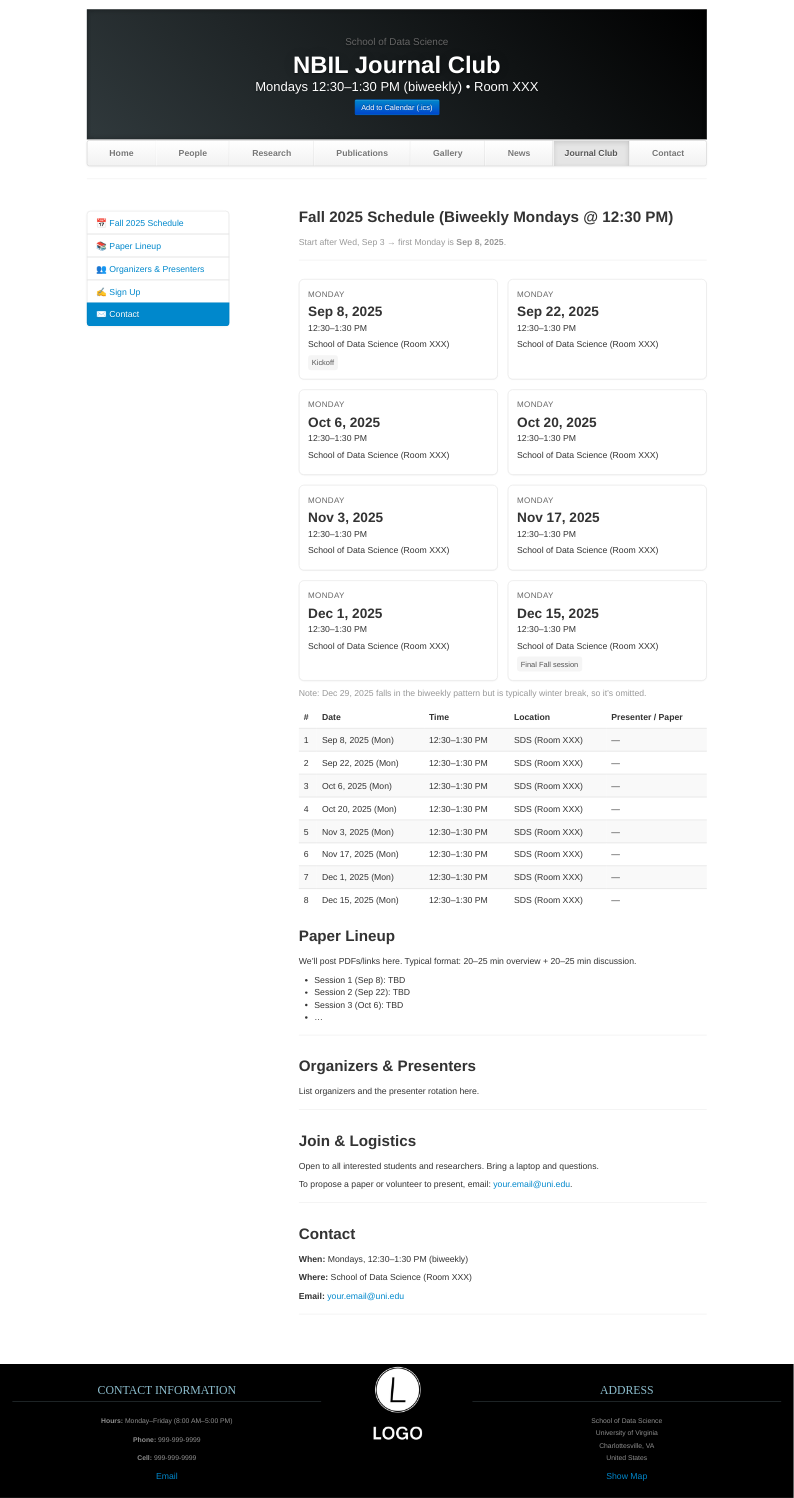
Repository: nbillab/nbillab.io
Page: journalclub.html
The author's editor kept a copy of each file at every save. The page is drawn from the files as they stood at one save, then again after the next save.
The browser window is 1280 px wide. The pictures show the whole page, at 62% of full size.

Above is the page before, as saved 2025-09-01 12:24:08.

After the next save:
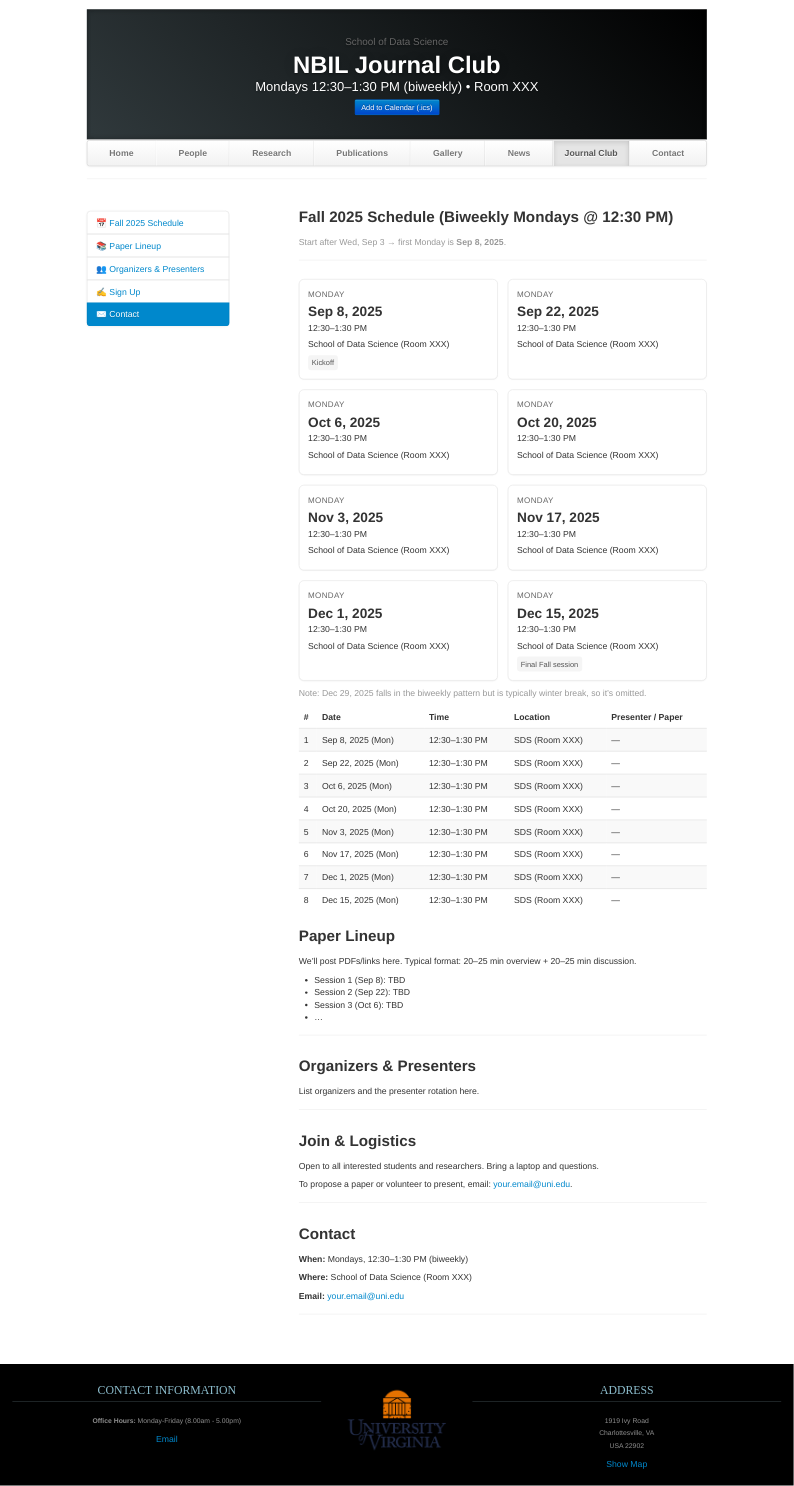
Saved 67 s later.
--- a/journalclub.html
+++ b/journalclub.html
@@ -252,31 +252,29 @@
     </div>
   </div>
 
-  <footer id="footer">
-    <div class="container-fluid">
-      <div class="row-fluid">
-        <div class="span5">
-          <h3>Contact Information</h3>
-          <p><b>Hours: </b>Monday–Friday (8:00 AM–5:00 PM)</p>
-          <p><b>Phone: </b>999-999-9999</p>
-          <p><b>Cell: </b>999-999-9999</p>
-          <a href="mailto:your.email@uni.edu">Email</a>
-        </div>
-        <div class="span2">
-          <img src="thumbs/generic-logo.JPG" alt="lab-logo"/>
-        </div>
-        <div class="span5">
-          <h3>Address</h3>
-          <p>School of Data Science<br>
-             University of Virginia<br>
-             Charlottesville, VA<br>
-             United States
-          </p>
-          <a href="http://maps.google.com/">Show Map</a>
-        </div>
-      </div>
-    </div>
-  </footer>
+      <footer id="footer">
+         <div class="container-fluid">
+            <div class="row-fluid">
+               <div class="span5">
+                  <h3>Contact Information</h3>
+                  <p><b>Office Hours: </b>Monday-Friday (8.00am - 5.00pm)</p>
+                  <a href="mailto:xsa5db@virginia.edu">Email</a>
+               </div>
+               <div class="span2">
+                  <a href="https://datascience.virginia.edu/"><img src = "images/UVA.png" alt="research-lab-logo"/></a>
+               </div>
+               <div class="span5">
+                  <h3>Address</h3>
+                  <p>1919 Ivy Road<br>
+                     Charlottesville, VA<br>
+                     USA 22902
+                  </p>
+                  <a href="http://maps.google.com/">Show Map</a>
+               </div>
+            </div>
+         </div>
+      </footer>
+
 
   <!-- Le javascript
   ================================================== -->
